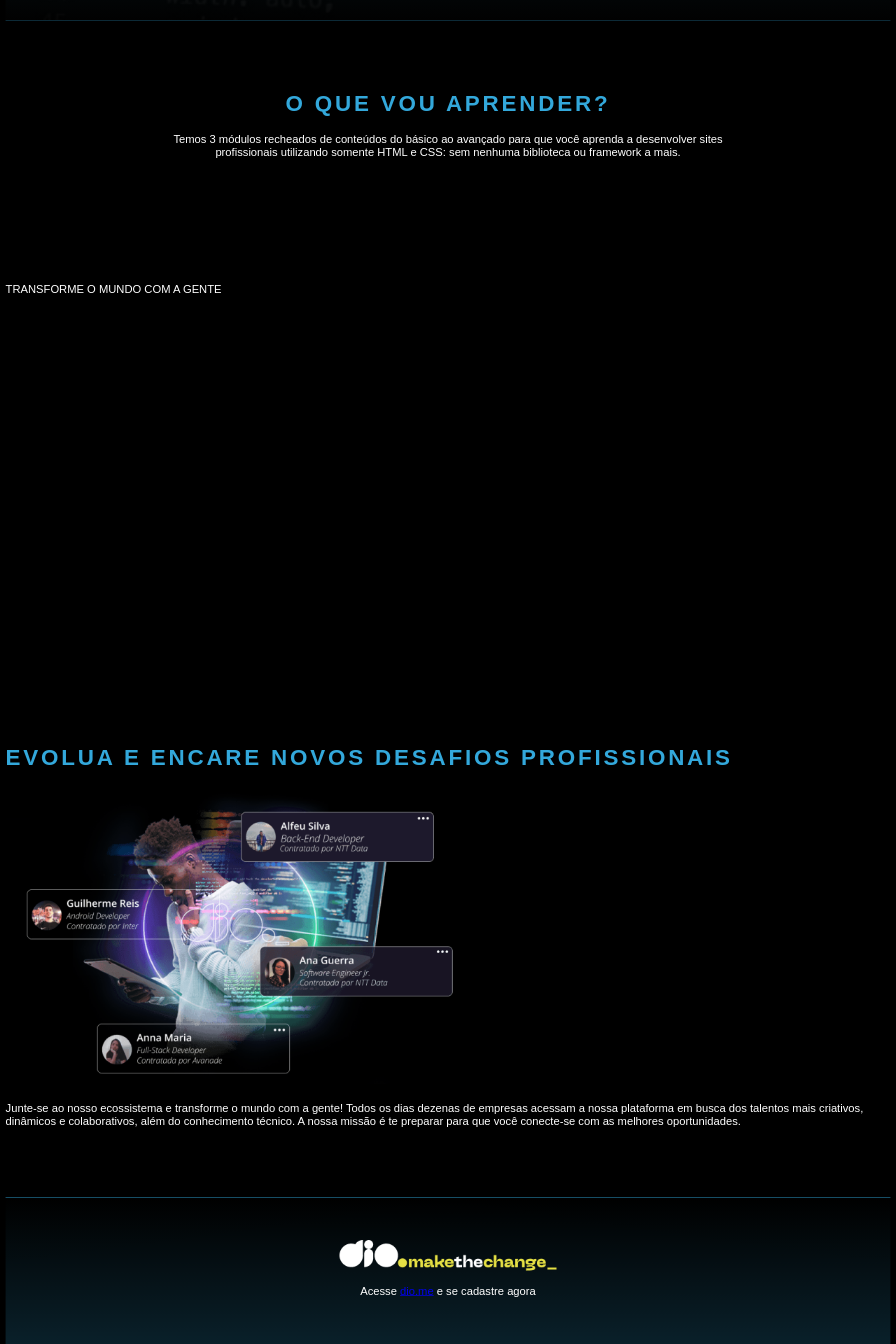
Repository: Zoemateus324/landing-page
Page: index.html
These files come from the project's save history. The page is drawn as it stood at one moment and after the next save; the edit follows.
The browser window is 1280 px wide. The pictures show the part of the page from y = 579 to 2499 px (the page is 2516 px tall before and 2666 px after), at 70% of full size.

Above is the page before, as saved 2024-11-23 11:36:39.

### index.html
<!DOCTYPE html>
<html lang="en">

<head>
    <meta charset="UTF-8">
    <meta http-equiv="X-UA-Compatible" content="IE=edge">
    <meta name="viewport" content="width=device-width, initial-scale=1.0">
    <link rel="stylesheet" href="styles.css">
    <title>Trilha de CSS - DIO</title>
</head>

<body>
    <header class="banner">
        <div class="banner-content">
            <div class="logo">
                <img src="assets/images/logo.png" title="Logotipo Trilha de CSS DIO" alt="Logotipo Trilha de CSS DIO">
            </div>
            <h1>Trilha de CSS da DIO</h1>
            <p>A nova Trilha de CSS da DIO está disponível. Acesse já e aprenda do zero como desenvolver sites profissionais.</p>
            <button>Quero me inscrever</button>
        </div>
    </header>
    <main>
        <section id="course-content">
            <h2>O que vou aprender?</h2>
            <p>
                Temos 3 módulos recheados de conteúdos do básico ao avançado para que você aprenda a desenvolver sites profissionais utilizando somente HTML e CSS: sem nenhuma biblioteca ou framework a mais.
            </p>
            <div class="modules-list">
                <div class="module">
                    <span>Módulo 01:</span> primeiros passos com CSS
                </div>
                <div class="module">
                    <span>Módulo 02:</span> trabalhando com layouts no CSS
                </div>
                <div class="module">
                    <span>Módulo 03:</span> refinando os estilos CSS das nossas páginas
                </div>
            </div>
        </section>
        <section id="transform-world">
            <p>TRANSFORME O MUNDO COM A GENTE</p>
        </section>
        <section id="professional-challenges">
            <h2>Evolua e encare novos desafios profissionais</h2>
            <img src="assets/images/professional-challenges.png" title="Homem lendo depoimentos em um tablet" alt="Homem lendo depoimentos em um tablet">
            <p>
                Junte-se ao nosso ecossistema e transforme o mundo com a gente! Todos os dias dezenas de empresas acessam a nossa plataforma em busca dos talentos mais criativos, dinâmicos e colaborativos, além do conhecimento técnico. A nossa missão é te preparar para
                que você conecte-se com as melhores oportunidades.
            </p>
        </section>
    </main>
    <footer>
        <img class="dio-logo" src="assets/images/dio-logo.png" title="Logotipo DIO com o texto make the change" alt="Logotipo DIO com o texto make the change">
        <p>Acesse <a href="https://dio.me">dio.me</a> e se cadastre agora</p>
    </footer>
</body>

</html>

### styles.css
body{
    background-color:black;
    display:block;
    margin:8px;
}
*{
    font-family:'Raleway', sans-serif;
    box-sizing:border-box;
    margin:0;
}

.banner{
    background-image:linear-gradient(rgba(0,0,0,.6), rgba(49,168,221,.2), rgba(0,0,0,.6)),url(./assets/images/banner.png);
    background-size:cover;
    background-repeat:no-repeat;
    height:600px;
    padding-top:60px;
    border-bottom:1px solid #33A8DB80;
}
.banner .logo{
    background-color:(rgba(0,0,0,.2));
    height:260px;
    width:260px;
    margin:auto;
    border-radius:50%;
    padding:16px;
    margin-bottom:16px;
}
.banner h1{
    font-size:2.5rem;
    font-weight:900;
    text-transform:uppercase;
    color:transparent;
    background:-webkit-linear-gradient(#33A8D8, #1472B7);
    background clip:text;
    -webkit-background-clip:text;
}
h1{
    display:block;
    font-size:2em;
    margin-block-start:0.67em;
    margin-block-end:0.67em;
    margin-inline-start:0px;
    margin-inline-end:0px;
    font-weight:bold;

}
.banner p{
    font-size:1.25rem;
    margin:16px 0 24px;
}
p{
    display:block;
    color:white;
    margin-block-start:1em;
    margin-block-end:1em;
    margin-inline-start:0px;
    margin-inline-end:0px;
    unicode-bidi:isolate;

}
.banner .banner-content{
    color:white;
    width:900px;
    margin:auto;
    text-align:center;
}
.banner .banner-content button{
    color: #31A8DD;
    font-size:1rem;
    font-weight:bold;
    padding:16px 32px;
    text-transform: uppercase;
    letter-spacing:4px;
    background-color:transparent;
    border-image:linear-gradient(#3BA1CD, #1572B7);
    border-image-slice:10;
    border-radius:30px;
}

div{
    display:block;
    unicode-bidi:isolate;

}
header{
    display:block;
    unicode-bidi:isolate;
}
main{
    display:block;
    unicode-bidi:isolate;
}
#course-content {
    width: 800px;
    text-align: center;
}
h2 {
    font-size: 2rem;
    color: #33A8DB;
    font-weight: bold;
    letter-spacing: 4px;
    text-transform: uppercase;
    margin-bottom: 24px;
}
#course-content .modules-list {
    margin: 24px 0;
}
section {
    margin: 100px auto;
}
#transform-world{
    height:560px;
    background-size:cover;
    background-image:url(./);
}


section {
    display: block;
    unicode-bidi: isolate;
}
footer{
    padding:60px 0;
    text-align:center;
    background-image:linear-gradient(rgba(50,168,219,.0),rgba(50,168,219,.2));
    border-top: 1px solid #33A8DB80;
}

After the next save:
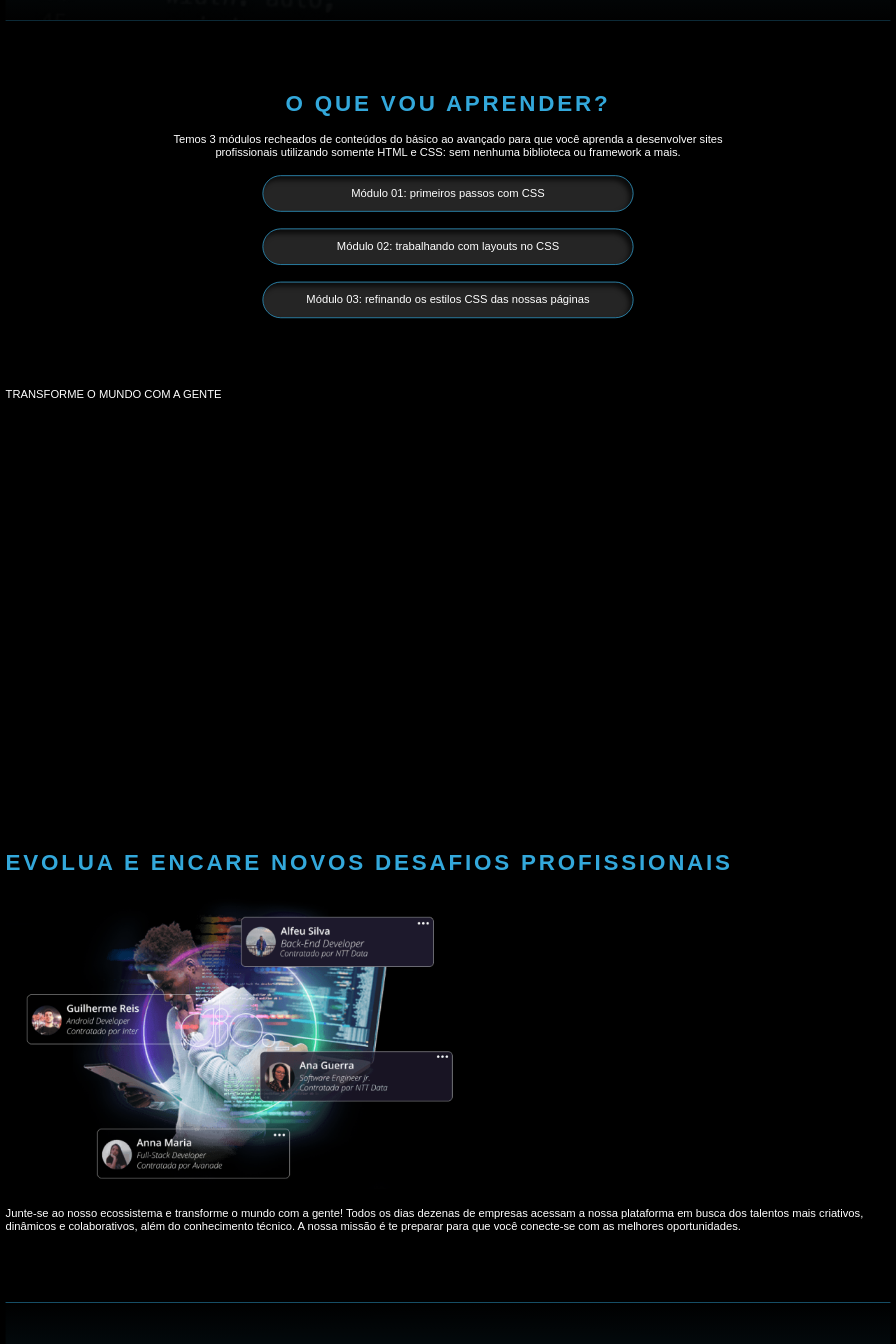
Saved 21 s later.
--- a/styles.css
+++ b/styles.css
@@ -106,6 +106,16 @@
 #course-content .modules-list {
     margin: 24px 0;
 }
+#course-content .modules-list .module {
+    color: white;
+    width: 530px;
+    margin: 0 auto 24px;
+    border: 1px solid #33A8DB;
+    background-color: #252525;
+    padding: 16px;
+    border-radius: 100px;
+    box-shadow: inset -5px 6px 8px rgba(0, 0, 0, .7);
+}
 section {
     margin: 100px auto;
 }
